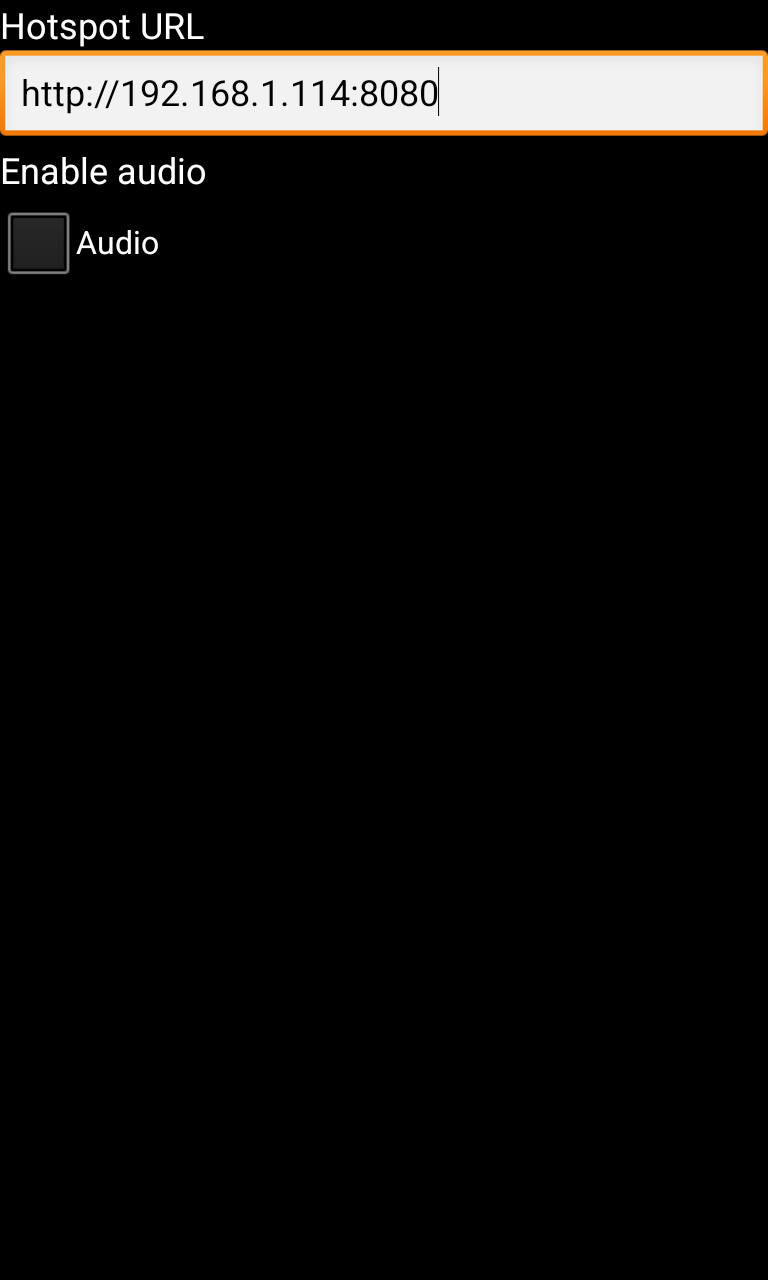
Repository: ebu/ebu-broadcast-hotspot
Layout: eclipse/broadcastinghotspot/res/layout/configuration.xml
An editor plug-in stored every save of this project. The layout is shown before and after the next save, followed by the edit.
It is drawn on a 768 x 1280 px phone screen (xhdpi) without system bars, with theme android:Theme; the app's code is not run.

Above is the layout before, as saved 2011-08-30 12:41:54.

After the next save:
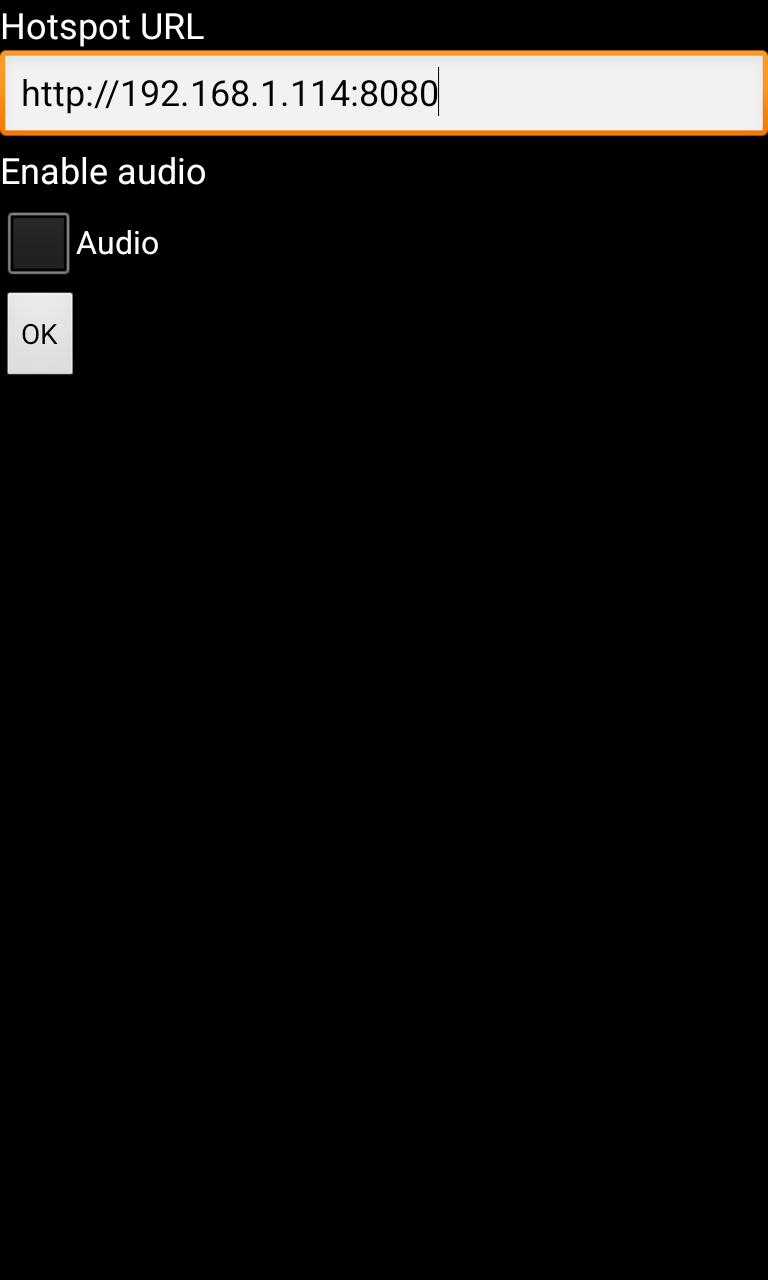
Saved 88 s later.
--- a/eclipse/broadcastinghotspot/res/layout/configuration.xml
+++ b/eclipse/broadcastinghotspot/res/layout/configuration.xml
@@ -1,22 +1,40 @@
 <?xml version="1.0" encoding="utf-8"?>
 <LinearLayout xmlns:android="http://schemas.android.com/apk/res/android"
-	android:orientation="vertical" android:layout_width="match_parent"
-	android:layout_height="match_parent" android:weightSum="1">
+	android:orientation="vertical"
+	android:layout_width="match_parent"
+	android:layout_height="match_parent"
+	android:weightSum="1">
 
 	<TextView android:textAppearance="?android:attr/textAppearanceMedium"
-		android:id="@+id/textView1" android:text="Hotspot URL"
-		android:layout_height="wrap_content" android:layout_width="wrap_content"></TextView>
+		android:id="@+id/textView1"
+		android:text="Hotspot URL"
+		android:layout_height="wrap_content"
+		android:layout_width="wrap_content"></TextView>
 
-	<EditText android:id="@+id/confUrl" android:layout_height="wrap_content"
-		android:layout_width="match_parent" android:text="@string/url">
+	<EditText android:id="@+id/confUrl"
+	android:layout_height="wrap_content"
+		android:layout_width="match_parent"
+		android:text="@string/url">
 		<requestFocus></requestFocus>
 	</EditText>
 
 	<TextView android:textAppearance="?android:attr/textAppearanceMedium"
-		android:id="@+id/textView2" android:text="Enable audio"
-		android:layout_height="wrap_content" android:layout_width="wrap_content"></TextView>
-	<CheckBox android:text="Audio" android:id="@+id/checkBoxAudio"
-		android:layout_width="wrap_content" android:layout_height="wrap_content"></CheckBox>
+		android:id="@+id/textView2"
+		android:text="Enable audio"
+		android:layout_height="wrap_content"
+		android:layout_width="wrap_content"></TextView>
+
+	<CheckBox
+	android:text="Audio"
+	android:id="@+id/checkBoxAudio"
+	android:layout_width="wrap_content"
+	android:layout_height="wrap_content"></CheckBox>
+
+	<Button
+	android:text="OK"
+	android:id="@+id/OKButton"
+	android:layout_width="wrap_content"
+	android:layout_height="wrap_content"></Button>
 
 
 
